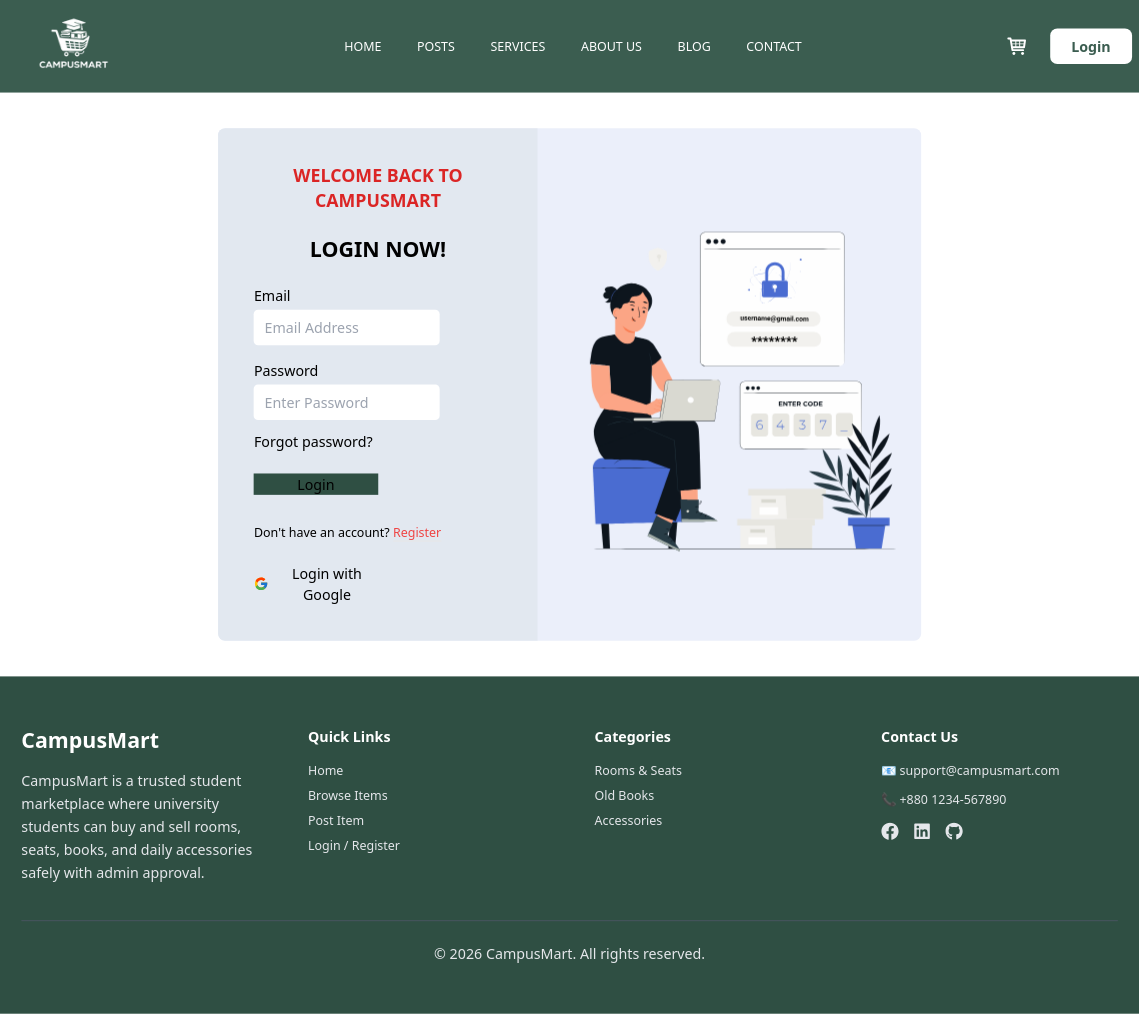
Repository: jahidhasanri/CAMPUSMART
Page: /login
The author's editor kept a copy of each file at every save. The page is drawn from the files as they stood at one save, then again after the next save.
The browser window is 1280 px wide. The pictures show the whole page, at 89% of full size.
The project was rebuilt for these pictures with package versions that can differ from the ones it lists, and the page was loaded fresh each time. Also part of the build but not shown: vite.config.js, src/components/Banner.jsx, src/Pages/Home.jsx, src/Pages/Register.jsx.

Above is the page before, as saved 2026-01-13 23:22:49.

After the next save:
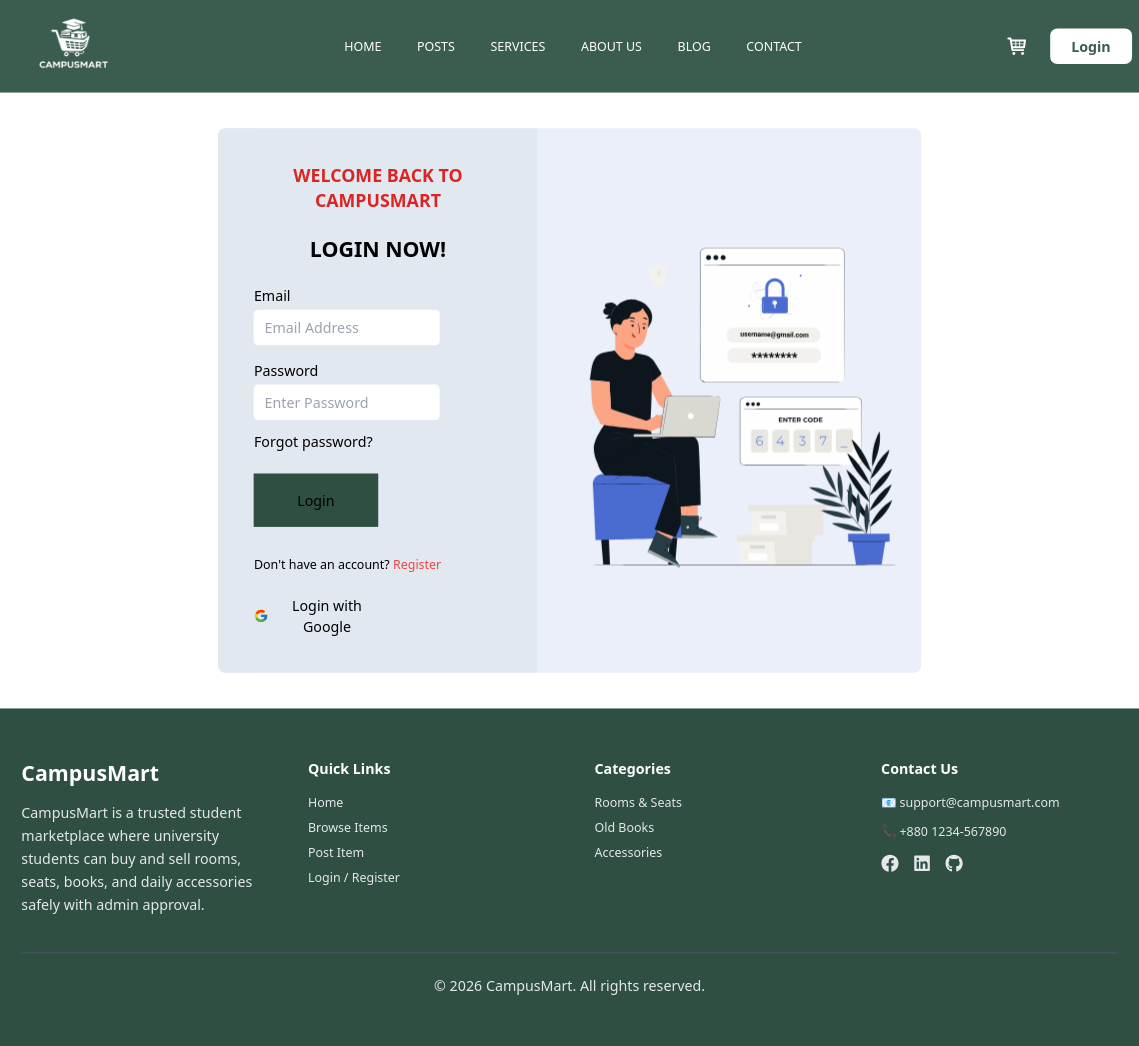
Saved 30 s later.
--- a/src/Pages/Login.jsx
+++ b/src/Pages/Login.jsx
@@ -117,7 +117,7 @@
           </label>
         </div>
 
-        <button className="btn bg-[#2f4f43] w-full mt-2 sm:w-3/4 md:w-2/3 lg:w-1/2 xl:w-1/2 ">Login</button>
+        <button className="btn bg-[#2f4f43] h-[60px] w-full mt-2 sm:w-3/4 md:w-2/3 lg:w-1/2 xl:w-1/2 ">Login</button>
 
         <p className=" mt-4 text-sm">
           Don't have an account?{' '}
